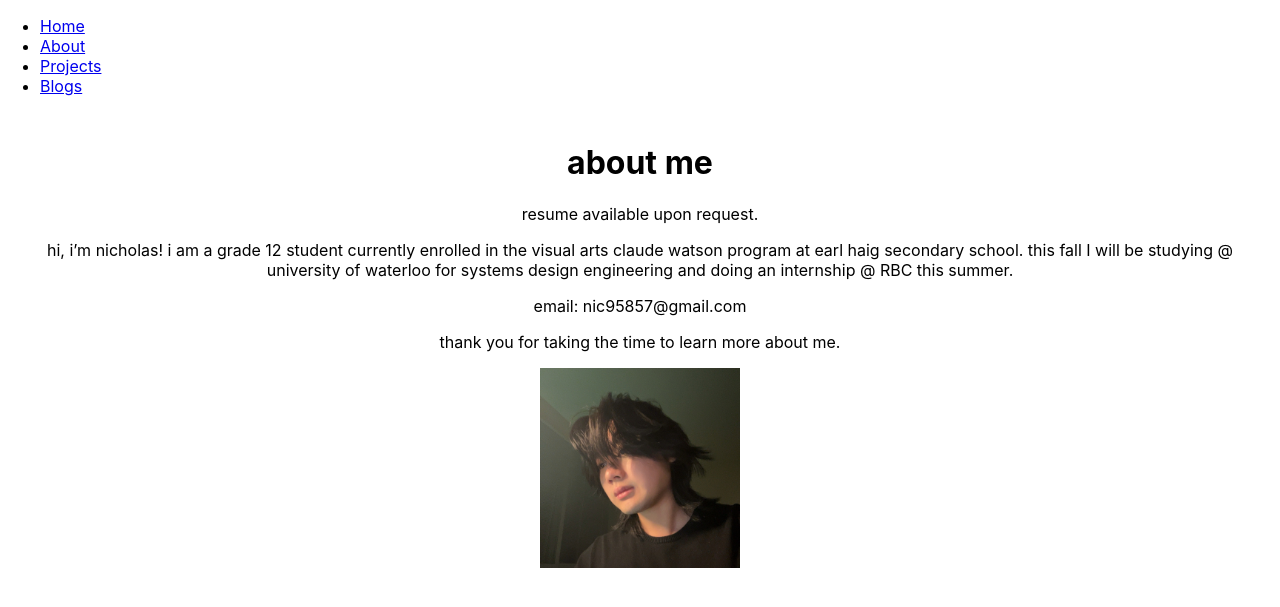
Repository: nicholaschen09/personalWebsite
Page: /about
An editor plug-in stored every save of this project. The page is shown before and after the next save, followed by the edit.
The browser window is 1280 px wide. The pictures show the whole page.
The project was rebuilt for these pictures with package versions that can differ from the ones it lists, and the page was loaded fresh each time. Also part of the build but not shown: src/components/Home.js, src/components/Projects.css, src/components/Projects.js, src/components/Blog.css, src/components/Blog.js, src/components/Miscellaneous.css, src/components/Miscellaneous.js, src/components/Design.css and 3 more.

Above is the page before, as saved 2024-05-23 13:12:36.

After the next save:
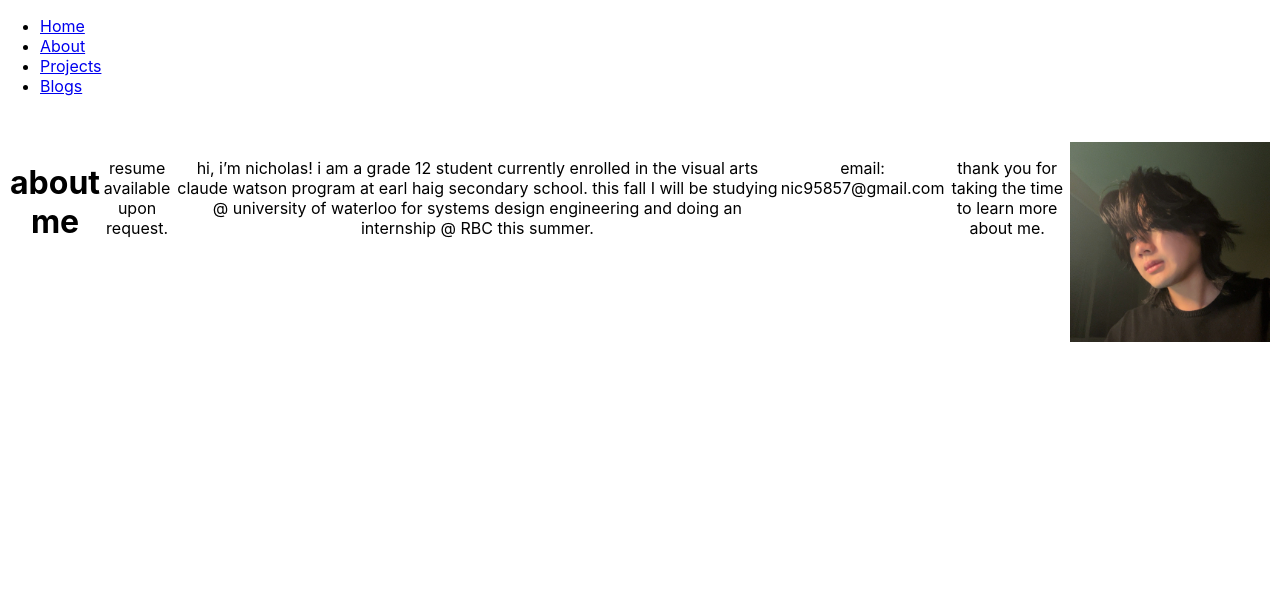
Saved 28 s later.
--- a/src/components/Home.css
+++ b/src/components/Home.css
@@ -3,3 +3,8 @@
     text-align: center;
     padding: 20px;
 }
+.column {
+    display: flex;
+    justify-content: space-between;
+    margin-top: 20px;
+}
